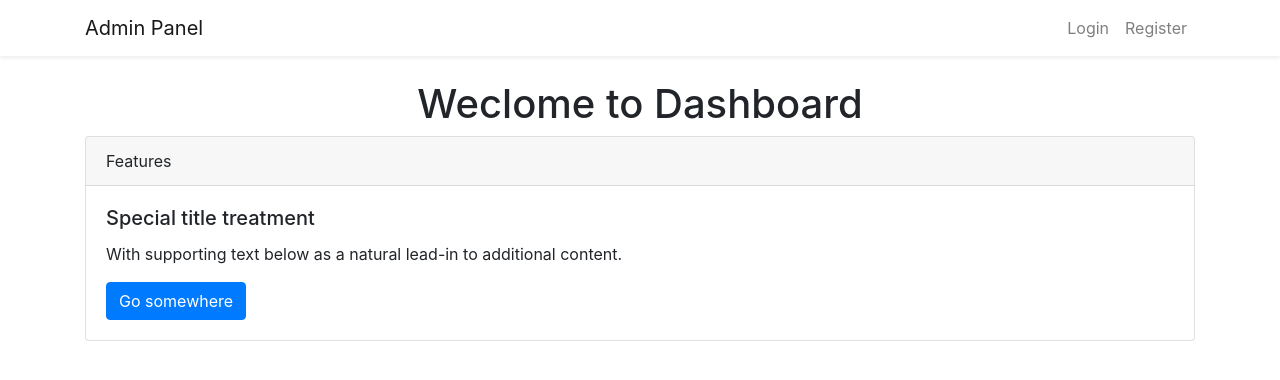
Repository: mohamedelbadawi/Simple-galley-using-laravel
Page: http://localhost/admin/dashboard
An editor plug-in stored every save of this project. The page is shown before and after the next save, followed by the edit.
The browser window is 1280 px wide. The pictures show the whole page.
The page is served by the project's Laravel application, run on PHP 8.4 with Laravel 8.

Above is the page before, as saved 2021-09-01 11:55:19.

After the next save:
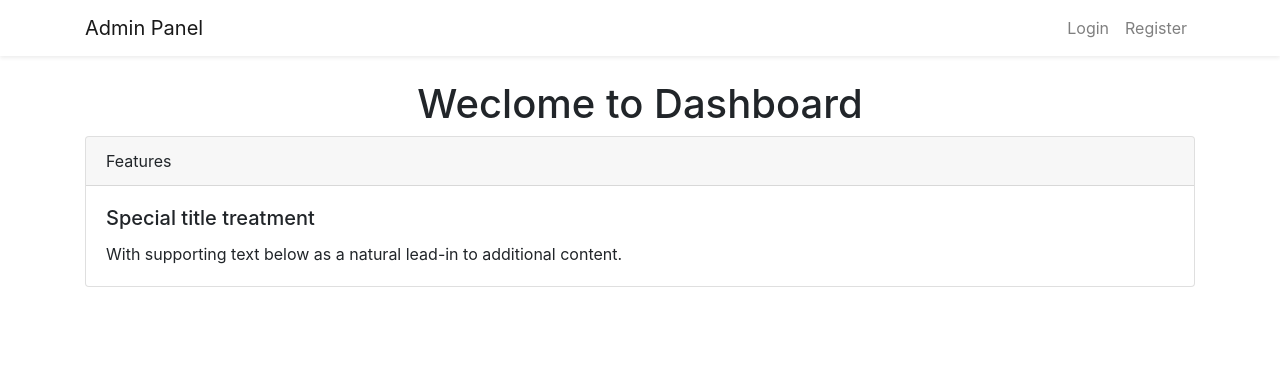
Saved 13 s later.
--- a/Gallery/resources/views/admin/Dashboard.blade.php
+++ b/Gallery/resources/views/admin/Dashboard.blade.php
@@ -12,7 +12,7 @@
             <div class="card-body">
                 <h5 class="card-title">Special title treatment</h5>
                 <p class="card-text">With supporting text below as a natural lead-in to additional content.</p>
-                <a href="#" class="btn btn-primary">Go somewhere</a>
+
             </div>
         </div>
 
